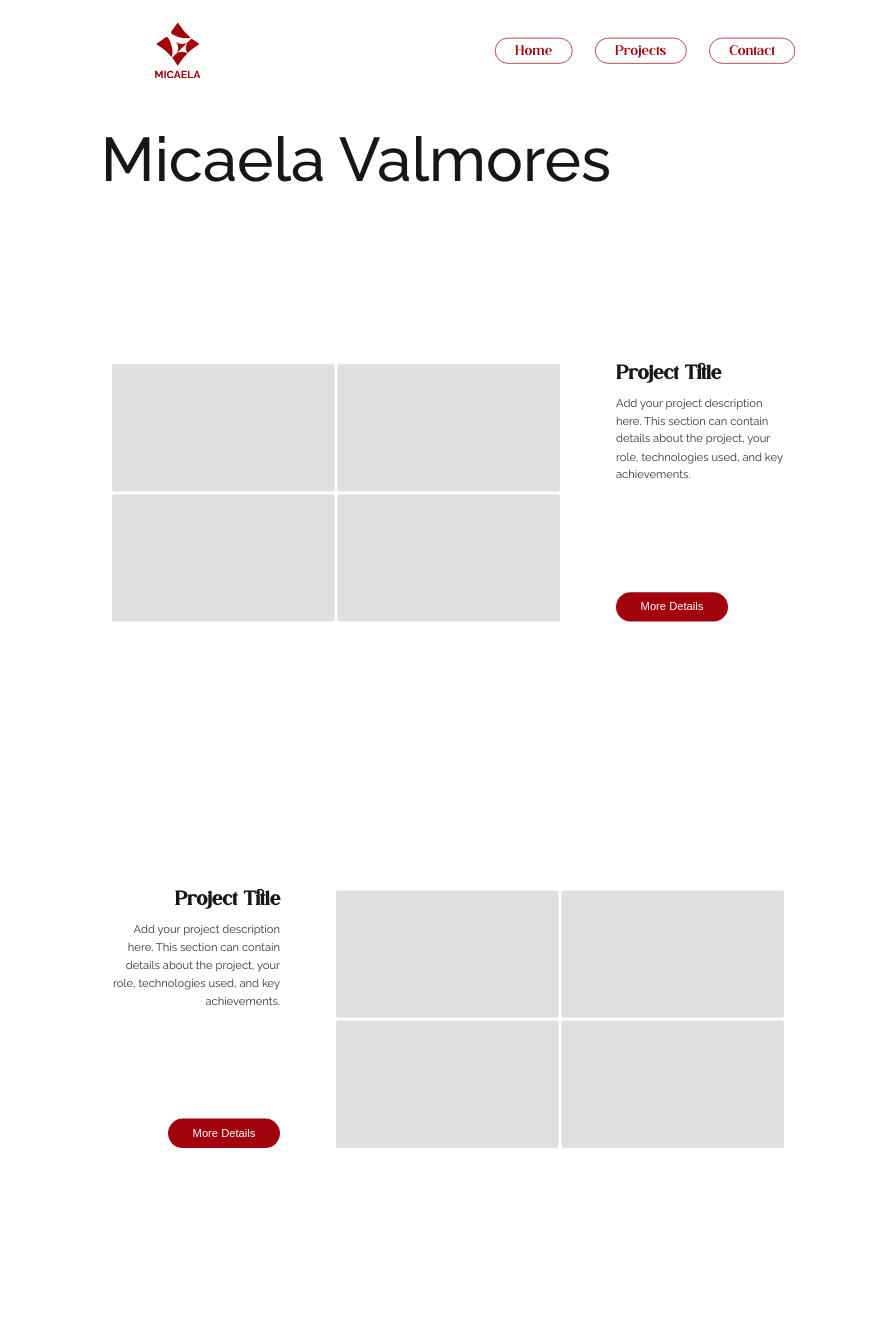
Repository: Micaelavalmores/Micaela-Portfolio
Page: /home-page
An editor plug-in stored every save of this project. The page is shown before and after the next save, followed by the edit.
The browser window is 1280 px wide. The pictures show the part of the page from y = 0 to 1920 px (the page is 3352 px tall before and 3413 px after), at 70% of full size.
The project was rebuilt for these pictures with package versions that can differ from the ones it lists, and the page was loaded fresh each time. The framework's server and built-in components were replaced by stand-ins that run in the browser. Also part of the build but not shown: next.config.mjs.

Above is the page before, as saved 2026-01-27 12:49:12.

### app/layout.js

import { Geist } from "next/font/google";
import { Raleway } from "next/font/google";
import "./globals.css";

const geistSans = Geist({
  variable: "--font-geist-sans",
  subsets: ["latin"],
});

const raleway = Raleway({
  variable: "--font-raleway",
  subsets: ["latin"],
});



export const metadata = {
  title: "Micaela Valmores",
  description: "Generated by create next app",
  icons: {
    icon: "/logos/micaela-logo.svg",
  },
};

export default function RootLayout({ children }) {
  return (
    <html lang="en">
      <body className={`${raleway.variable}`}>
        {children}
      </body>
    </html>
  );
}

### app/home-page/page.js
import Link from 'next/link'
import styles from '../page.module.css'
import FtProj from '../components/FtProj'
import Navbar from '../components/Navbar'

export default function HomePage() {
  return (
    <main className={styles.page}>
      <nav className='Nav-bar'>
        </nav>
      <Navbar />
      <div className={styles['intro-sec']}>
        <h1>Micaela Valmores</h1>
      </div>
      <div className={styles['Proj-sec']}>
        <FtProj reversed={false}/>
        <FtProj reversed={true} />
        <FtProj reversed={false}/>
        <FtProj reversed={true} />
      </div>
    </main>
  )
}

### app/globals.css
:root {
  --background: #ffffff;
  --foreground: #171717;
  --font-ghaista: 'Ghaista', var(--font-raleway);
}

@font-face {
  font-family: 'Ghaista';
  src: url('/fonts/Ghaitsa.ttf') format('truetype');
  font-weight: 400;
  font-style: normal;
  font-display: swap;
}

@media (prefers-color-scheme: dark) {
  :root {
    --background: #0a0a0a;
    --foreground: #ffffff;
  }
}

html,
body {
  max-width: 100vw;
  overflow-x: hidden;
}

body {
  color: var(--foreground);
  background: var(--background);
  font-family: var(--font-raleway);
  -webkit-font-smoothing: antialiased;
  -moz-osx-font-smoothing: grayscale;
}

* {
  box-sizing: border-box;
  padding: 0;
  margin: 0;
}

a {
  color: inherit;
  text-decoration: none;
}

@media (prefers-color-scheme: dark) {
  html {
    color-scheme: dark;
  }
}

/* Horizontal page margins */
body {
  margin-left: 10rem;
  margin-right: 10rem;
}

/* Tablet: screens between iPhone and iPad */
@media (min-width: 430px) and (max-width: 1024px) {
  body {
    margin-left: 4rem;
    margin-right: 4rem;
  }
}

/* iPad Pro 13in — reduce margins to 7rem */
@media (min-width: 1024px) and (max-width: 1366px) {
  body {
    margin-left: 7rem;
    margin-right: 7rem;
  }
}

/* Mobile horizontal margins: any width smaller than 430px */
@media (max-width: 430px) {
  body {
    margin-left: 3rem;
    margin-right: 3rem;
  }
}

### app/page.module.css
.page {
  --background: #ffffff;
  --foreground: #fff;

  --text-primary: #000;
  --text-secondary: #666;



  display: grid;
  grid-template-columns: 1fr;
  min-height: 100vh;
  font-family: var(--font-geist-sans);
  background-color: var(--background);
}

.Proj-sec {
  display: flex;
  flex-direction: column;
  align-items: center;
  gap: 2rem;
  padding: 2rem 0;
  background-color: #ffff;
}

.intro-sec {
  display: flex;
  flex-direction: row;
  align-items: start;
  gap: 1rem;
  padding: 2rem;
  background-color: #ffff;
}

.intro-sec h1 {
  font-size: 5.5rem;
  font-weight: 500;
  margin: 0;
  padding: 1
  font-family: ghaista;
}

.main {
  display: flex;
  min-height: 100vh;
  width: 100%;
  max-width: 800px;
  flex-direction: column;
  align-items: flex-start;
  justify-content: space-between;
  background-color: var(--foreground);
  padding: 120px 60px;
}

.intro {
  display: flex;
  flex-direction: column;
  align-items: flex-start;
  text-align: left;
  gap: 24px;
}

.intro h1 {
  max-width: 320px;
  font-size: 40px;
  font-weight: 600;
  line-height: 48px;
  letter-spacing: -2.4px;
  text-wrap: balance;
  color: var(--text-primary);
}

.intro p {
  max-width: 440px;
  font-size: 18px;
  line-height: 32px;
  text-wrap: balance;
  color: var(--text-secondary);
}

.intro a {
  font-weight: 500;
  color: var(--text-primary);
}

.ctas {
  display: flex;
  flex-direction: row;
  width: 100%;
  max-width: 440px;
  gap: 16px;
  font-size: 14px;
}

.ctas a {
  display: flex;
  justify-content: center;
  align-items: center;
  height: 40px;
  padding: 0 16px;
  border-radius: 128px;
  border: 1px solid transparent;
  transition: 0.2s;
  cursor: pointer;
  width: fit-content;
  font-weight: 500;
}

a.primary {
  background: var(--text-primary);
  color: var(--background);
  gap: 8px;
}

a.secondary {
  border-color: var(--button-secondary-border);
}

/* Enable hover only on non-touch devices */
@media (hover: hover) and (pointer: fine) {
  a.primary:hover {
    background: var(--button-primary-hover);
    border-color: transparent;
  }

  a.secondary:hover {
    background: var(--button-secondary-hover);
    border-color: transparent;
  }
}

@media (max-width: 600px) {
  .main {
    padding: 48px 24px;
  }

  .intro {
    gap: 16px;
  }

  .intro h1 {
    font-size: 32px;
    line-height: 40px;
    letter-spacing: -1.92px;
  }
}

@media (prefers-color-scheme: dark) {
  .logo {
    filter: invert();
  }

  .page {
    --background: #000;
    --foreground: #000;

    --text-primary: #ededed;
    --text-secondary: #999;

    --button-primary-hover: #ccc;
    --button-secondary-hover: #1a1a1a;
    --button-secondary-border: #1a1a1a;
  }
}

### app/components/FtProj.js
'use client';

import styles from './FtProj.module.css';

/*
  HOW TO USE:
  The FtProj component has two layout states controlled by the reversed prop:
  1. Default (reversed={false}): Images on left, text on right (left-justified)
  2. Reversed (reversed={true}): Text on left (right-justified), images on right

  Layout changes can only be controlled in the backend by passing the reversed prop.
  Users cannot change the layout.

  Usage examples:
  <FtProj /> - Standard layout
  <FtProj reversed={true} /> - Reversed layout
*/

export default function FtProj({ reversed = false }) {
  return (
    <div className={`${styles.container} ${reversed ? styles.reversed : ''}`}>
      {/* Left Column - Text (if reversed) / Images (if standard) */}
      {!reversed ? (
        // Standard: Images on left
        <div className={styles.imagesColumn}>
          <div className={styles.imagePlaceholder}></div>
          <div className={styles.imagePlaceholder}></div>
          <div className={styles.imagePlaceholder}></div>
          <div className={styles.imagePlaceholder}></div>
        </div>
      ) : (
        // Reversed: Text on left
        <div className={styles.textColumn}>
          <div className={styles.textContent}>
            <h2>Project Title</h2>
            <p>Add your project description here. This section can contain details about the project, your role, technologies used, and key achievements.</p>
          </div>
          <button className={styles.projectButton}>More Details</button>
        </div>
      )}

      {/* Right Column - Text (if standard) / Images (if reversed) */}
      {!reversed ? (
        // Standard: Text on right
        <div className={styles.textColumn}>
          <div className={styles.textContent}>
            <h2>Project Title</h2>
            <p>Add your project description here. This section can contain details about the project, your role, technologies used, and key achievements.</p>
          </div>
          <button className={styles.projectButton}>More Details</button>
        </div>
      ) : (
        // Reversed: Images on right
        <div className={styles.imagesColumn}>
          <div className={styles.imagePlaceholder}></div>
          <div className={styles.imagePlaceholder}></div>
          <div className={styles.imagePlaceholder}></div>
          <div className={styles.imagePlaceholder}></div>
        </div>
      )}
    </div>
  );
}

### app/components/Navbar.js
import Link from "next/link";
import Image from "next/image";
import styles from "./Navbar.module.css";

export default function Navbar() {
  return (
    <nav className={styles.navbar}>
      <Link href="/" className={styles.logoContainer}>
        <Image
          src="/logos/logo-name.svg"
          alt="Micaela Valmores"
          width={220}
          height={80}
          priority
        />
      </Link>

      <ul className={styles.navLinks}>
        <li>
          <Link href="/">Home</Link>
        </li>
        <li>
          <Link href="/projects-page">Projects</Link>
        </li>
        <li>
          <Link href="/contact">Contact</Link>
        </li>
      </ul>
    </nav>
  );
}

### app/components/FtProj.module.css
.container {
  width: 60rem;
  height: 25rem;
  display: grid;
  grid-template-columns: 1fr 1fr;
  gap: 5rem;
  padding: 1rem 0;
  margin: 10rem 0;
}

.container.reversed {
  grid-template-columns: 1fr 1fr;
}

.reversed .textContent {
  text-align: right;
}

.reversed .textColumn {
  text-align: right;
}

.reversed .projectButton {
  justify-self: end;
}

.imagesColumn {
  display: grid;
  grid-template-columns: 1fr 1fr;
  gap: 0.2rem;
  width: 40rem;
}

.imagePlaceholder {
  width: 100%;
  height: 100%;
  background-color: #e0e0e0;
  border-radius: 0.2rem;
}

.textColumn {
  display: grid;
  grid-template-rows: 1fr auto;
  gap: 2rem;
}

.textContent {
  display: flex;
  flex-direction: column;
}

.textColumn h2 {
  margin: 0 0 1rem 0;
  font-size: 1.75rem;
  font-family: ghaista;
}

.textColumn p {
  margin: 0;
  line-height: 1.6;
  color: #333;
  font-size: 1rem;
}

.projectButton {
  align-self: start;
  width: 10rem;
  padding: 0.75rem 1.5rem;
  background-color: #A2020C;
  color: #fff;
  border: none;
  border-radius: 5rem;
  font-size: 1rem;
  cursor: pointer;
}

.projectButton:hover {
  background-color: #b62d36;
}

### app/components/Navbar.module.css
.navbar {
  display: flex;
  justify-content: space-between;
  width: 100%;
  align-items: center;
  padding: 2rem 2rem;
  background-color: #ffffff;
  position: sticky;
  top: 0;
  z-index: 1000;
}

.logoContainer {
  display: flex;
  align-items: center;
  transition: opacity 0.3s ease;
}

.logoContainer:hover {
  opacity: 0.8;
}

.navLinks {
  display: flex;
  gap: 2rem;
  list-style: none;
  margin: 0;
  padding: 0;
  align-items: center;
}

.navLinks li {
  margin: 0;
}

.navLinks a {
  text-decoration: none;
  color: #A2020C;
  font-size: 1.25rem;
  font-weight: 500;
  transition: color 0.3s ease;
  position: relative;
  border: solid 1px #A2020C;
  border-radius: 3rem;
  padding: 0.50rem 1.75rem;
  font-family: ghaista;
}

.navLinks a:hover {
  color: #0070f3;
}



.navLinks a:hover::after {
  width: 100%;
}

/* Responsive design */
/* @media (max-width: 768px) {
  .navbar {
    padding: 1rem 1.5rem;
  }

  .navLinks {
    gap: 1.5rem;
  }

  .navLinks a {
    font-size: 0.9rem;
  }
} */

/* @media (max-width: 480px) {
  .navbar {
    padding: 0.75rem 1rem;
  }

  .navLinks {
    gap: 1rem;
  }

  .navLinks a {
    font-size: 0.85rem;
  }
} */

After the next save:
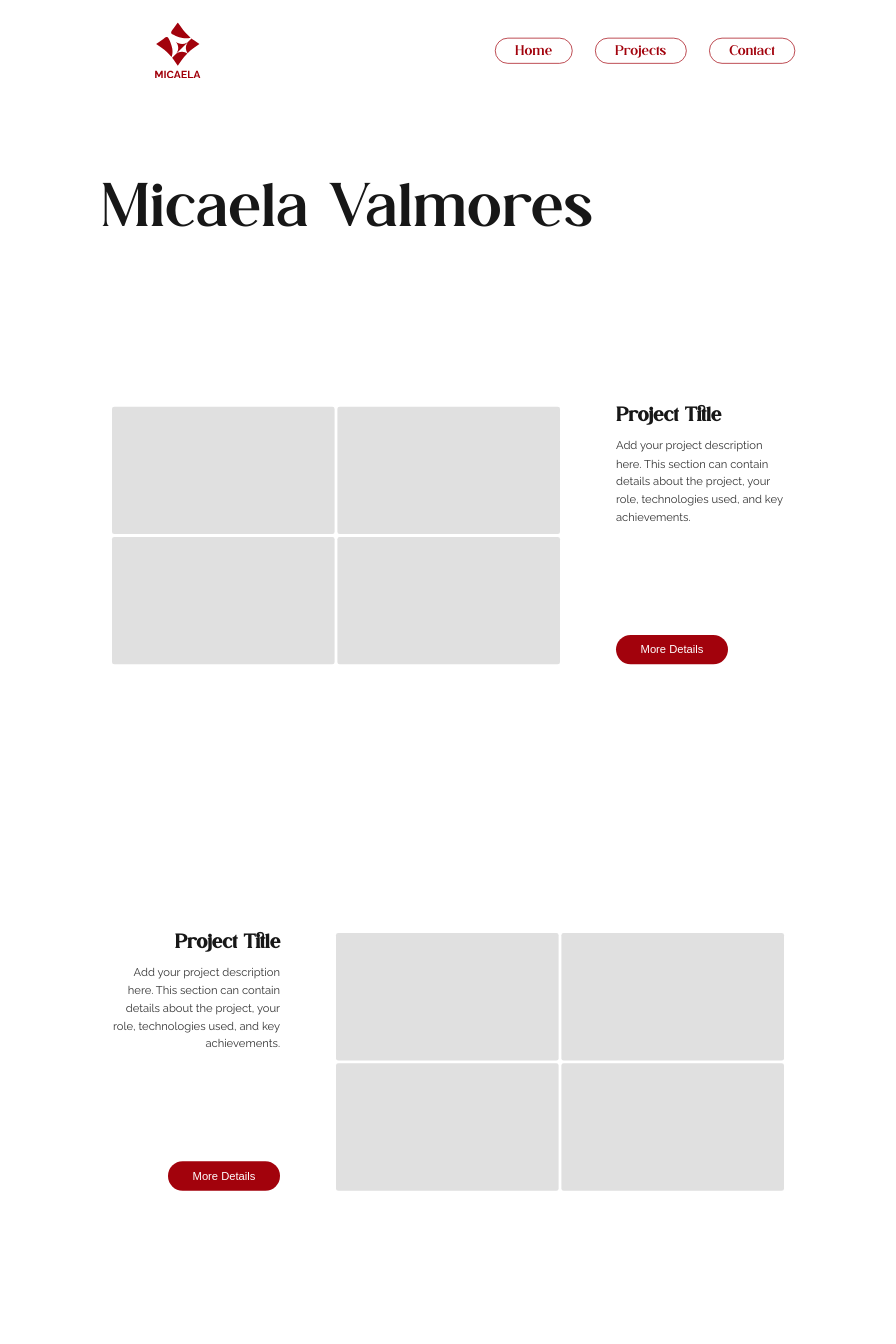
Saved 6 s later.
--- a/app/page.module.css
+++ b/app/page.module.css
@@ -36,7 +36,7 @@
   font-size: 5.5rem;
   font-weight: 500;
   margin: 0;
-  padding: 1
+  padding: 5rem 0 0;
   font-family: ghaista;
 }
 
